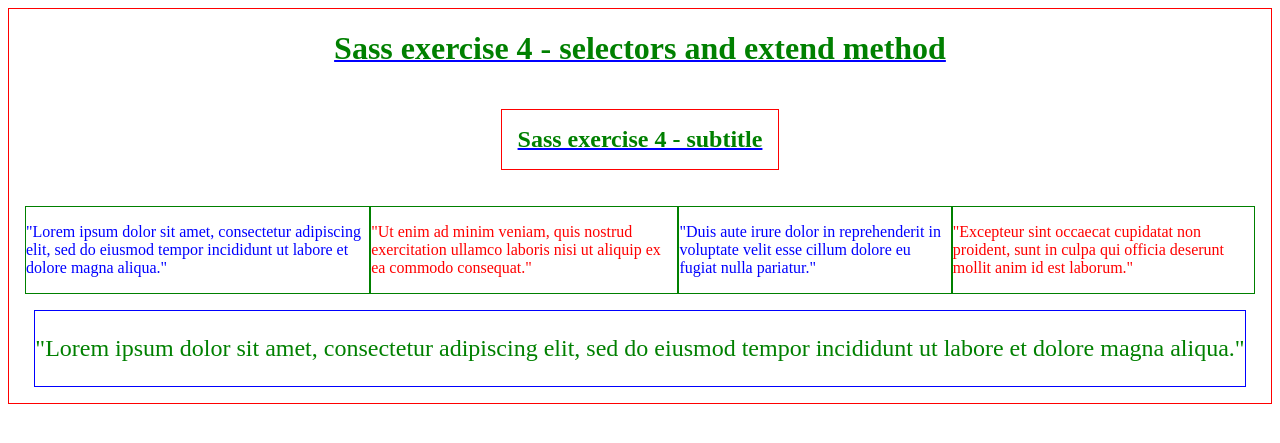
Repository: tr2cky/sass4
Page: index.html
These files come from the project's save history. The page is drawn as it stood at one moment and after a run of saves; the edit follows.
The browser window is 1280 px wide. The pictures show the whole page.
The style sheet was rebuilt from its Sass, Less or Tailwind sources for each picture, by a compiler version that may differ from the author's.

Above is the page before, as saved 2022-10-16 10:42:10.

After the next 4 saves:
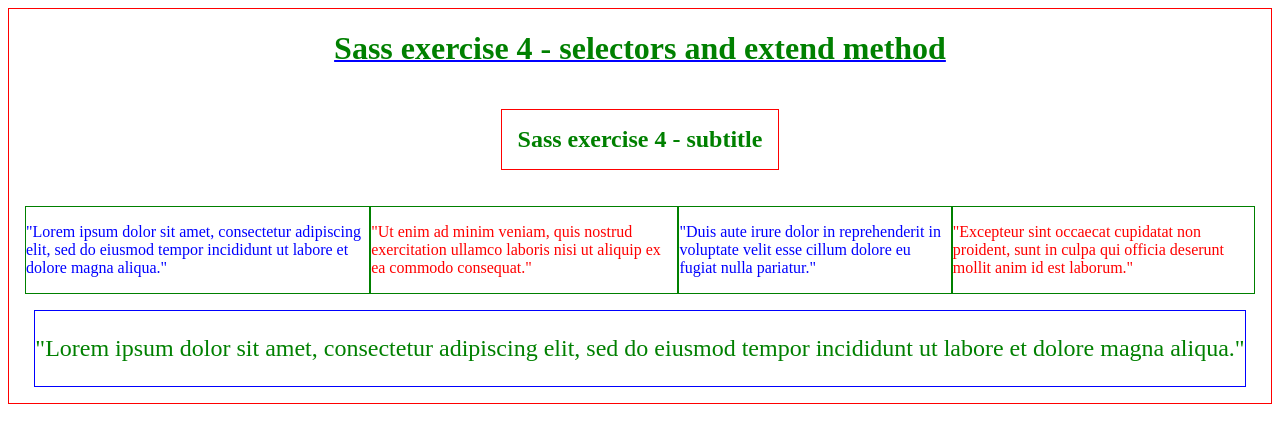
The 4 saves are shown as one change because they came seconds apart.
The last was saved 9 s later.
--- a/module1.scss
+++ b/module1.scss
@@ -17,6 +17,7 @@ $color-tertiary: green;
         @extend h1;
         padding: toRem(16);
         border: toRem(1) solid red;
+        text-decoration: none;
     }
     section {
         grid-column: 1 / 5;
